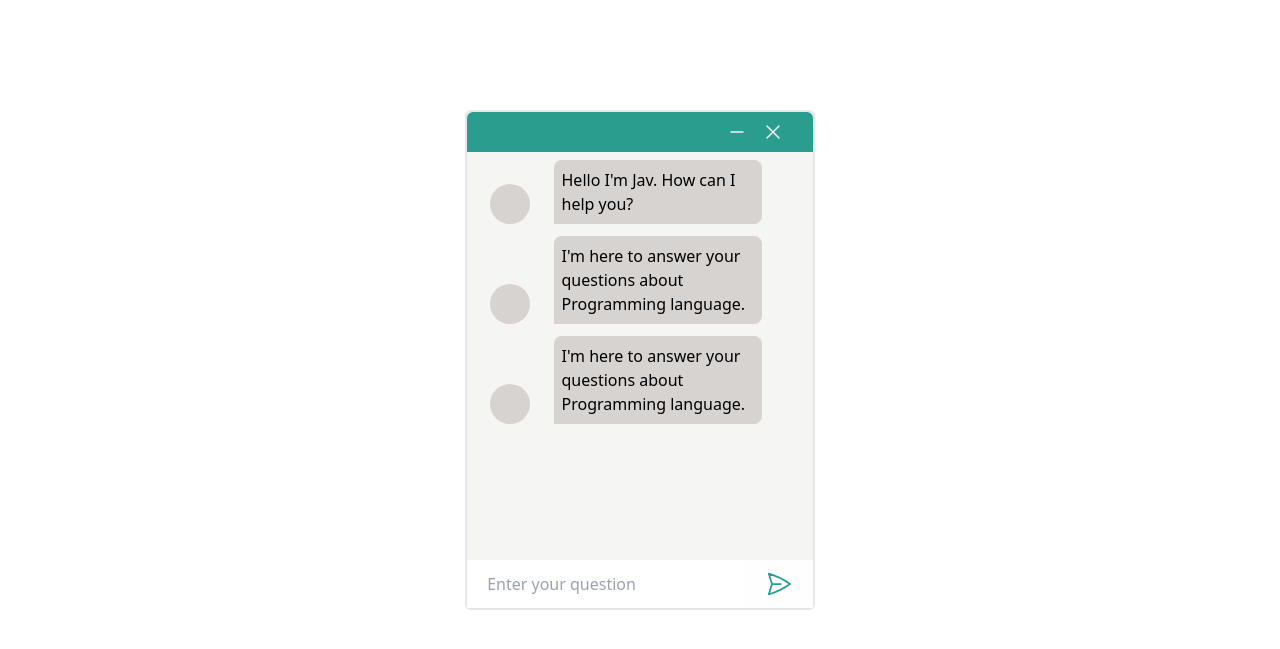
Repository: hsumyatm7308/Chatbot
Page: index.html
The author's editor kept a copy of each file at every save. The page is drawn from the files as they stood at one save, then again after the next save.
The browser window is 1280 px wide. The pictures show the whole page.
Some web libraries are served in a nearby version.

Above is the page before, as saved 2023-07-09 11:48:02.

After the next save:
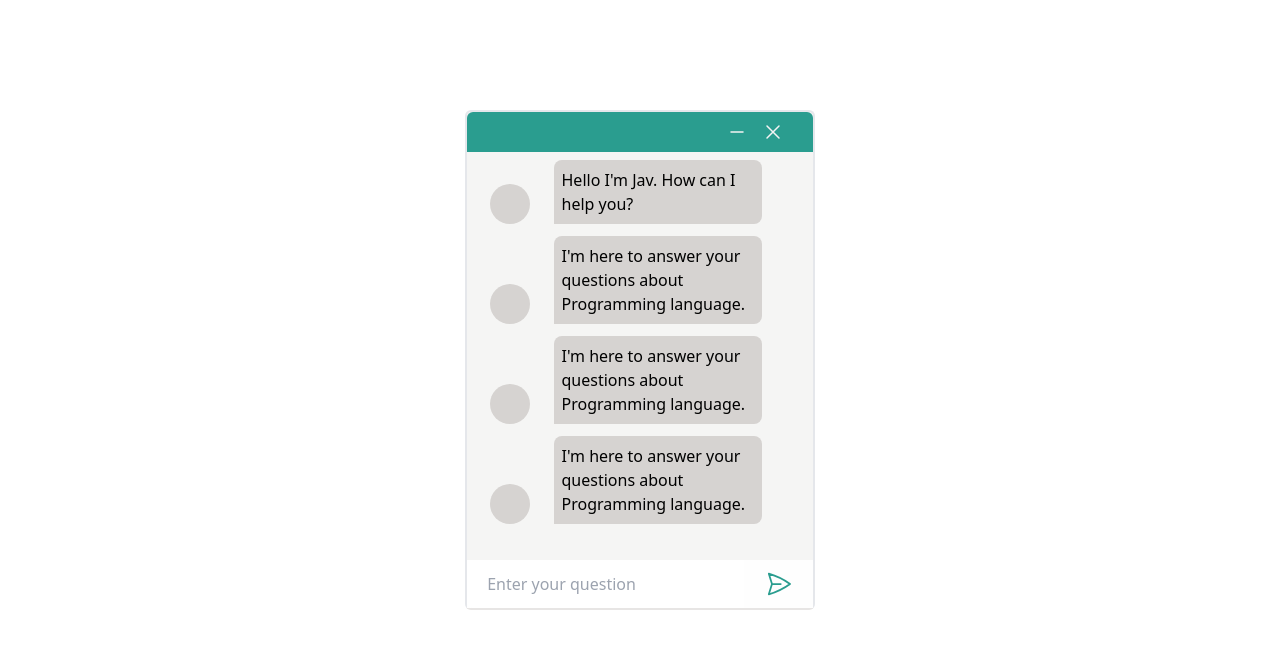
Saved 7 s later.
--- a/index.html
+++ b/index.html
@@ -75,6 +75,20 @@
 
 
                 <!-- from cus -->
+                <div class="w-full grid grid-cols-4 flex profile-side mt-2 mb-3">
+                    <div class="w-full h-auto flex justify-center items-end">
+                        <div class="w-10 h-10 rounded-full bg-stone-300">
+
+                        </div>
+                    </div>
+                    <div class=" col-span-3">
+                        <div class="w-full h-auto ">
+                            <div class="w-52 h-full bg-stone-300 rounded-lg rounded-bl-none p-2">
+                                <span>I'm here to answer your questions about Programming language.</span>
+                            </div>
+                        </div>
+                    </div>
+                </div>
 
             </div>
 
